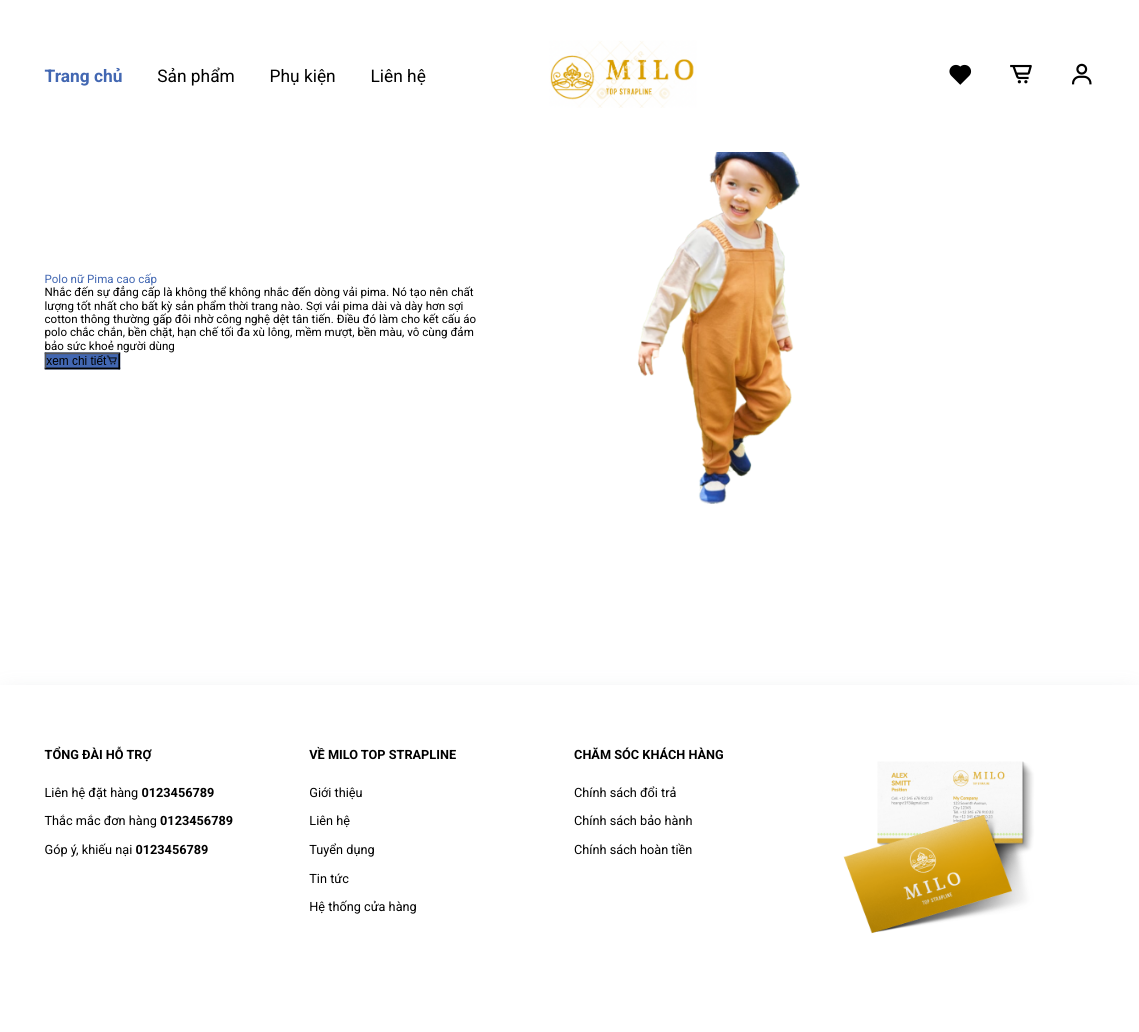
Repository: QuyHoang99k/shop
Page: /
The author's editor kept a copy of each file at every save. The page is drawn from the files as they stood at one save, then again after the next save.
The browser window is 1280 px wide. The pictures show the whole page, at 89% of full size.
The project was rebuilt for these pictures with package versions that can differ from the ones it lists, and the page was loaded fresh each time. Also part of the build but not shown: src/pages/Catalog.jsx, src/pages/Cart.jsx, src/pages/Product.jsx.

Above is the page before, as saved 2021-10-16 14:39:23.

After the next save:
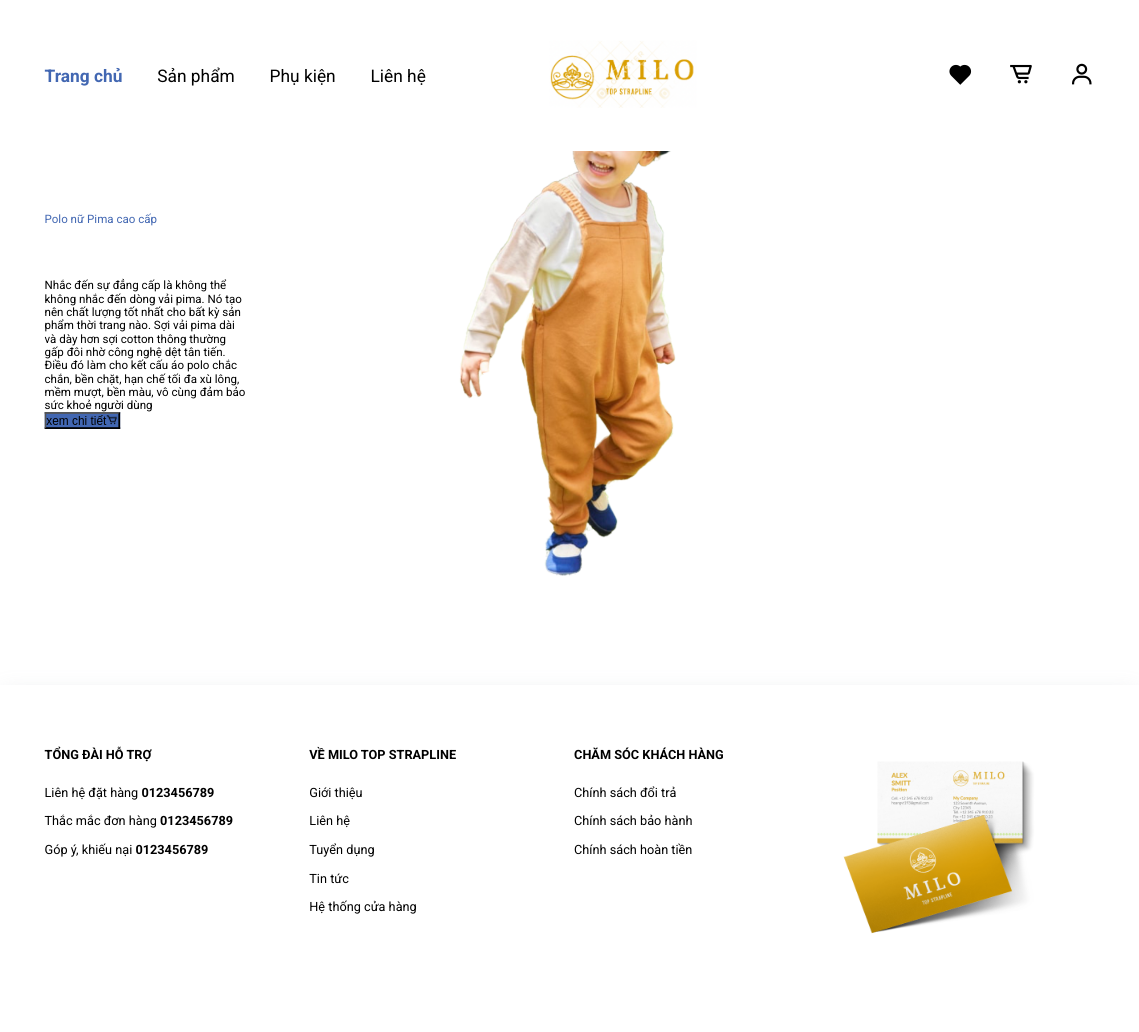
Saved 89 s later.
--- a/src/sass/components/_hero-slider.scss
+++ b/src/sass/components/_hero-slider.scss
@@ -24,5 +24,15 @@
             visibility: visible;
             pointer-events: visible;
         }
+        &__info{
+            width: 58.33%;
+            &__title{
+                margin-bottom: 60px;
+
+                @include tablet{
+                    margin-bottom: 15px;
+                }
+            }
+        }
     }
 }
